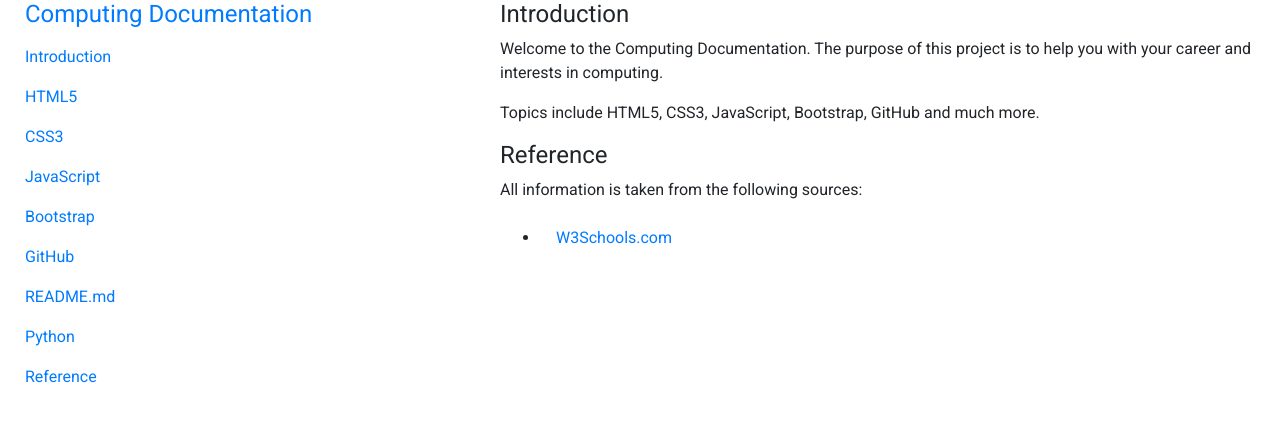
Repository: derektypist/technical-documentation-page
Page: index.html
The author's editor kept a record of every edit. The page is drawn from the files as they stood at one moment, then again after the next edit.
The browser window is 1280 px wide. The pictures show the whole page.

Above is the page before.

### index.html
<!DOCTYPE html>
<html lang="en">
<head>
    <meta charset="UTF-8">
    <meta name="viewport" content="width=device-width, initial-scale=1.0">
    <meta http-equiv="X-UA-Compatible" content="ie=edge">
    <title>Technical Documentation Page</title>
    <!-- Load Style Sheets -->
    <link rel="stylesheet" href="https://maxcdn.bootstrapcdn.com/bootstrap/4.4.1/css/bootstrap.min.css" integrity="sha384-Vkoo8x4CGsO3+Hhxv8T/Q5PaXtkKtu6ug5TOeNV6gBiFeWPGFN9MuhOf23Q9Ifjh" crossorigin="anonymous">
    <link href="https://fonts.googleapis.com/css?family=Roboto|Roboto+Mono&display=swap" rel="stylesheet">
    <style>
        /* Navigation */
        #navbar {
          font-family: "Roboto", Arial, Verdana, sans-serif;
          margin-left: 25px;
          position: fixed;
        }

        /* Main Content */
        #main-doc {
          font-family: "Roboto", Arial, Verdana, sans-serif;
          padding-left: 450px;
        }

        /* Main Section */
        .main-section {
          margin-left: 50px;
        }
    </style>
</head>
<body>
    <!-- Set Up Navigation -->
    <nav class="navbar-nav" id="navbar">
      <header>
        <h4><a href="index.html" title="Return to Home Page">Computing Documentation</a></h4>
      </header>


    <!-- Set Up List Items Vertically -->
    <ul class="navbar-nav">
      <li class="nav-item">
        <a class="nav-link" href="#introduction">Introduction</a>
      </li>
      <li class="nav-item">
        <a class="nav-link" href="#html5">HTML5</a>
      </li>
      <li class="nav-item">
        <a class="nav-link" href="#css3">CSS3</a>
      </li>
      <li class="nav-item">
        <a class="nav-link" href="#javascript">JavaScript</a>
      </li>
      <li class="nav-item">
        <a class="nav-link" href="#bootstrap">Bootstrap</a>
      </li>
      <li class="nav-item">
        <a class="nav-link" href="#github">GitHub</a>
      </li>
      <li class="nav-item">
        <a class="nav-link" href="#readme">README.md</a>
      </li>
      <li class="nav-item">
        <a class="nav-link" href="#python">Python</a>
      </li>
      <li>
        <a class="nav-link" href="#reference">Reference</a>
      </li>
</nav>

<!-- Set Up Main Content -->
<main id="main-doc">

<!-- Provide Section for Introduction -->
<section class="main-section">
  <header id="introduction">
    <h4>Introduction</h4>
  </header>
  <article>
    <p>Welcome to the Computing Documentation.
    The purpose of this project is to help you with your career and interests in computing.</p>
    <p>Topics include HTML5, CSS3, JavaScript, Bootstrap, GitHub and much more.</p>
  </article>
</section>



<section class="main-section">
  <header id="reference">
    <h4>Reference</h4>
    <p>All information is taken from the following sources:</p>
    <ul>
      <li class="nav-item">
      <a class="nav-link" href="https://www.w3schools.com" target="_blank">W3Schools.com</a>
    </li>
    </ul>

  </header>
</section>
</main>
</body>
</html>

After the next edit:
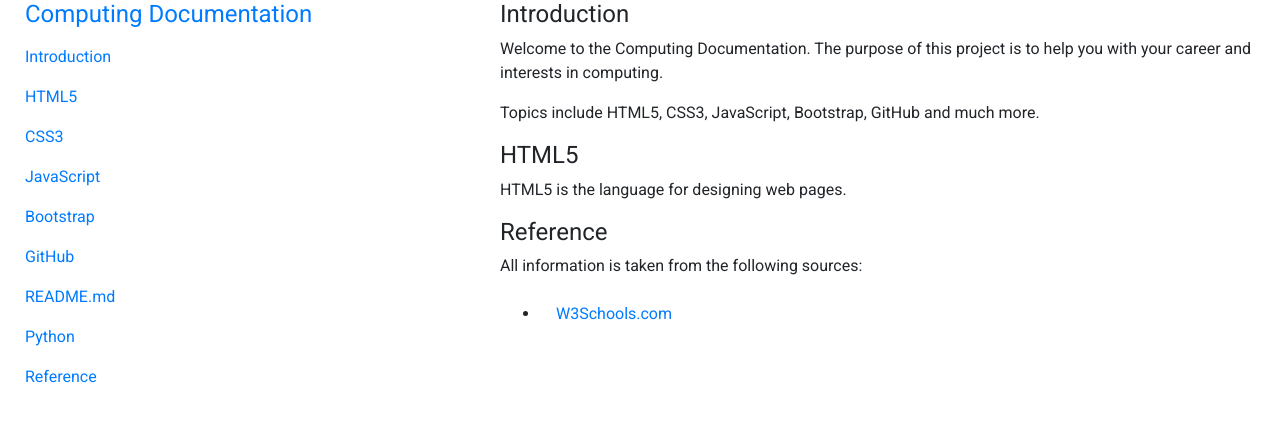
The edit:
--- a/index.html
+++ b/index.html
@@ -82,6 +82,15 @@
   </article>
 </section>
 
+<!-- Provide Section for HTML5 -->
+<section class="main-section">
+  <header id="html5">
+    <h4>HTML5</h4>
+  </header>
+  <article>
+    <p>HTML5 is the language for designing web pages.</p>
+  </article>
+</section>
 
 
 <section class="main-section">
